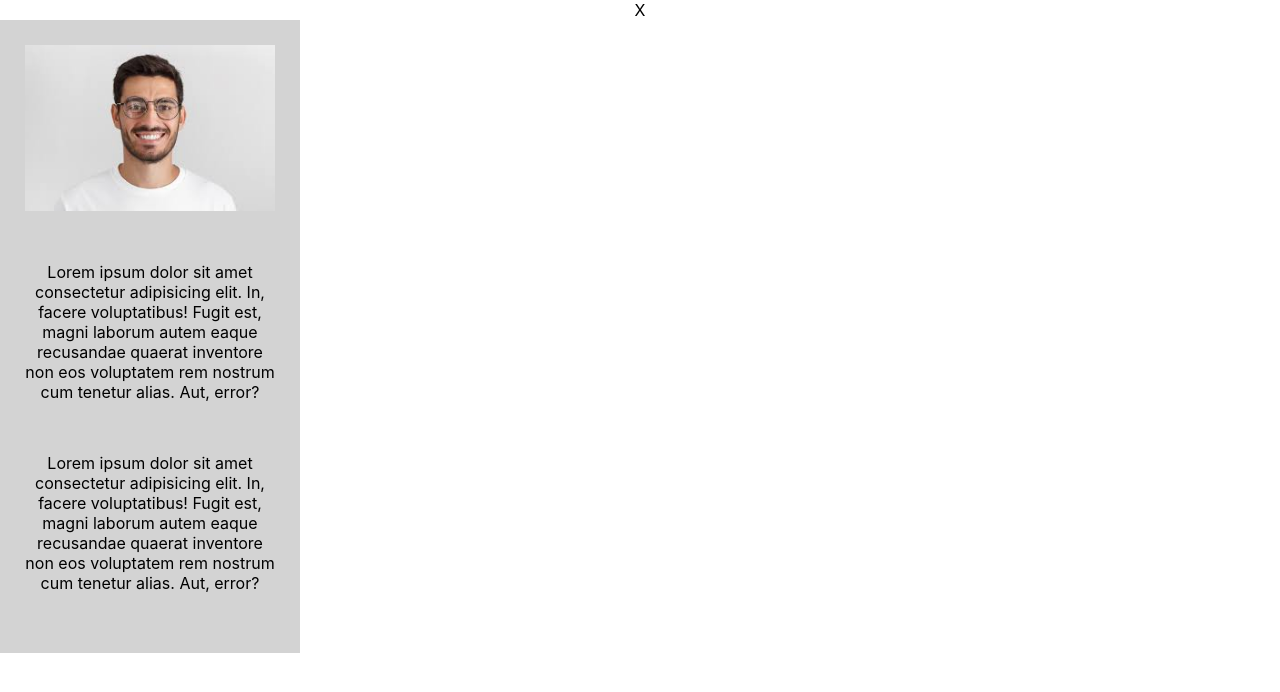
Repository: mikelnorth/team-profile-demo
Page: /
These files come from the project's save history. The page is drawn as it stood at one moment and after the next save; the edit follows.
The browser window is 1280 px wide. The pictures show the whole page.
The project was rebuilt for these pictures with package versions that can differ from the ones it lists, and the page was loaded fresh each time.

Above is the page before, as saved 2022-05-19 18:33:51.

After the next save:
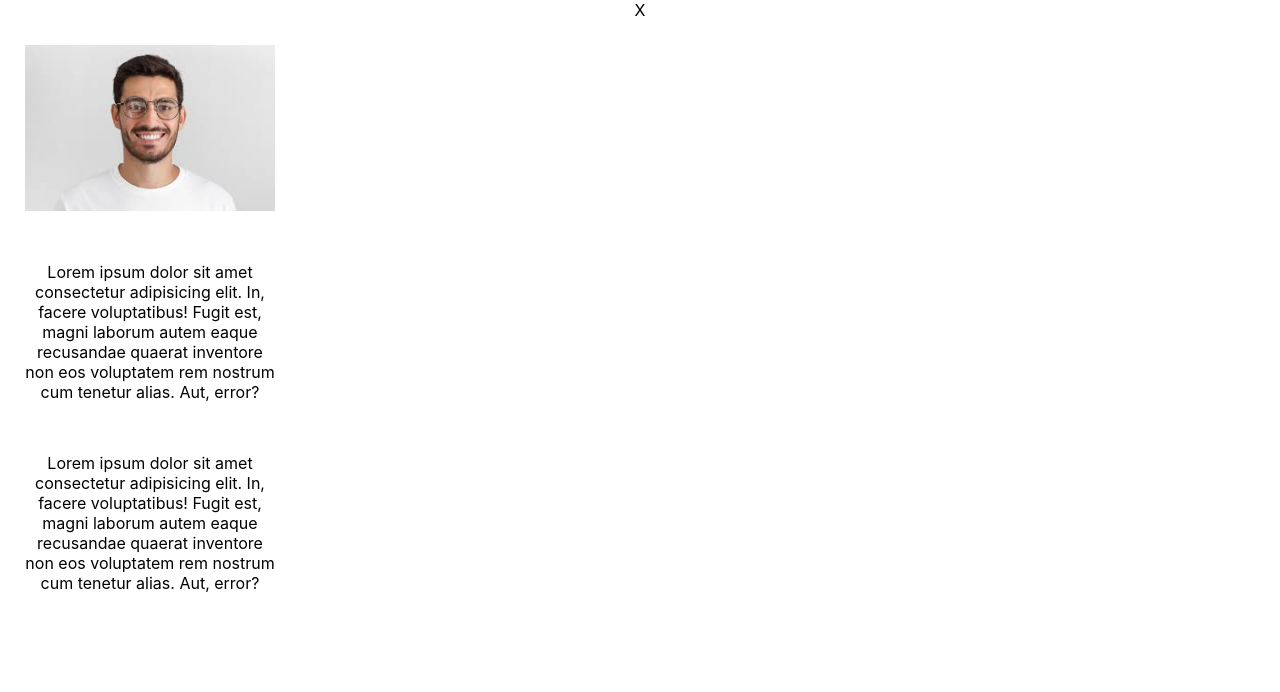
Saved 32 s later.
--- a/src/components/Card.scss
+++ b/src/components/Card.scss
@@ -3,7 +3,7 @@
   flex-direction: column;
   width: 250px;
   padding: 25px;
-  background-color: lightgray;
+  background-color: d0d0d0;
 
   p, img {
     margin-bottom: 35px;

After the save that followed:
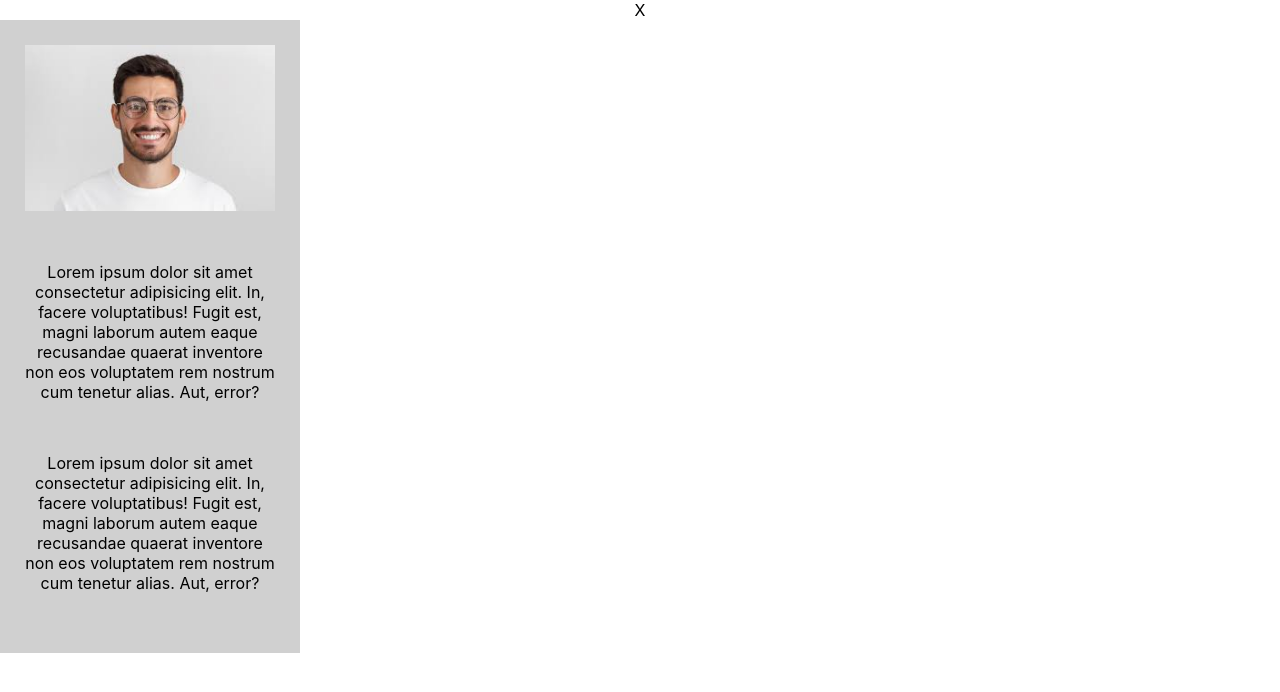
Saved 6 s later.
--- a/src/components/Card.scss
+++ b/src/components/Card.scss
@@ -3,7 +3,7 @@
   flex-direction: column;
   width: 250px;
   padding: 25px;
-  background-color: d0d0d0;
+  background-color: #d0d0d0;
 
   p, img {
     margin-bottom: 35px;
